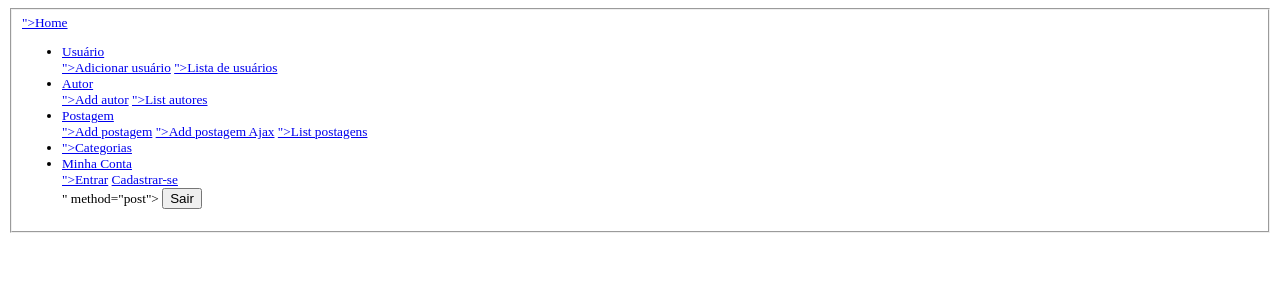
Repository: f4br1c10/Curso-Spring-Devmedia
Page: http://localhost/blog/WEB-INF/views/menu.jsp
An editor plug-in stored every save of this project. The page is shown before and after the next save, followed by the edit.
The browser window is 1280 px wide. The pictures show the whole page.
The page is served by Tomcat 9. Nobody is signed in. Other server files are loaded and not shown. The template is opened directly, without the code that normally fills it, so the values that code supplies are empty.

Above is the page before, as saved 2019-07-09 16:11:49.

### blog/src/main/webapp/WEB-INF/views/menu.jsp
<%@ page language="java" contentType="text/html; charset=UTF-8" pageEncoding="UTF-8"%>
<fieldset style="font-size: 10pt">
	<nav class="navbar navbar-expand-lg navbar-dark bg-dark">
		<a class="navbar-brand" href="<c:url value = "/"/> ">Home</a>
		<div class="collapse navbar-collapse" id="navbarNavDropdown">
			<ul class="navbar-nav">
				<li class="nav-item dropdown">
					<a class="nav-link dropdown-toggle" href="#" id="navbarDropdownMenuLink" role="button" data-toggle="dropdown"aria-haspopup="true" aria-expanded="false">
						Usuário
					</a>
					<div class="dropdown-menu" aria-labelledby="navbarDropdownMenuLink">
						<a class="dropdown-item" href="<c:url value = "/usuario/add"/>">Adicionar usuário</a>
						<security:authorize access="hasAuthority('ADMIN')">
		          			<a class="dropdown-item" href="<c:url value = "/usuario/list"/>">Lista de usuários</a>
		          		</security:authorize>
					</div>
				</li>
				<li class="nav-item dropdown">
					<a class="nav-link dropdown-toggle" href="#" id="navbarDropdownMenuLink" role="button" data-toggle="dropdown"aria-haspopup="true" aria-expanded="false">
						Autor
					</a>
					<div class="dropdown-menu" aria-labelledby="navbarDropdownMenuLink">
						<a class="dropdown-item" href="<c:url value = "/autor/add"/>">Add autor</a>
		          		<a class="dropdown-item" href="<c:url value = "/autor/list"/>">List autores</a>
					</div>
				</li>
				<li class="nav-item dropdown">
					<a class="nav-link dropdown-toggle" href="#" id="navbarDropdownMenuLink" role="button" data-toggle="dropdown"aria-haspopup="true" aria-expanded="false">
						Postagem
					</a>
					<div class="dropdown-menu" aria-labelledby="navbarDropdownMenuLink">
						<a class="dropdown-item" href="<c:url value = "/postagem/add"/>">Add postagem</a>
						<a class="dropdown-item" href="<c:url value = "/postagem/ajax/add"/>">Add postagem Ajax</a>
		          		<a class="dropdown-item" href="<c:url value = "/postagem/list"/>">List postagens</a>
					</div>
				</li>
				<security:authorize access="hasAnyAuthority('ADMIN','AUTOR')">
					<li class="nav-item">
				    	<a class="nav-link" href="<c:url value = "/categoria/add"/>">Categorias</a>
				    </li>
			    </security:authorize>
			    <li class="nav-item dropdown">
					<a class="nav-link dropdown-toggle" href="#" id="navbarDropdownMenuLink" role="button" data-toggle="dropdown"aria-haspopup="true" aria-expanded="false">
						Minha Conta
					</a>
					<div class="dropdown-menu" aria-labelledby="navbarDropdownMenuLink">
			    	<c:if test="${logado == null}">
						<a class="dropdown-item" href="<c:url value = "/auth/form"/>">Entrar</a>
						<a class="dropdown-item" href="#"/>Cadastrar-se</a>
					</c:if>
						<security:authorize access="hasAnyAuthority('ADMIN','AUTOR','LEITOR')">
							<form action="<c:url value="/logout"/>" method="post">
							    <security:csrfInput/>
								<button type="submit" class="btn btn-danger btn-block">Sair</button>
							</form>
						</security:authorize>
					</div>
				</li>
			</ul>
		</div>
	</nav>

</fieldset>

After the next save:
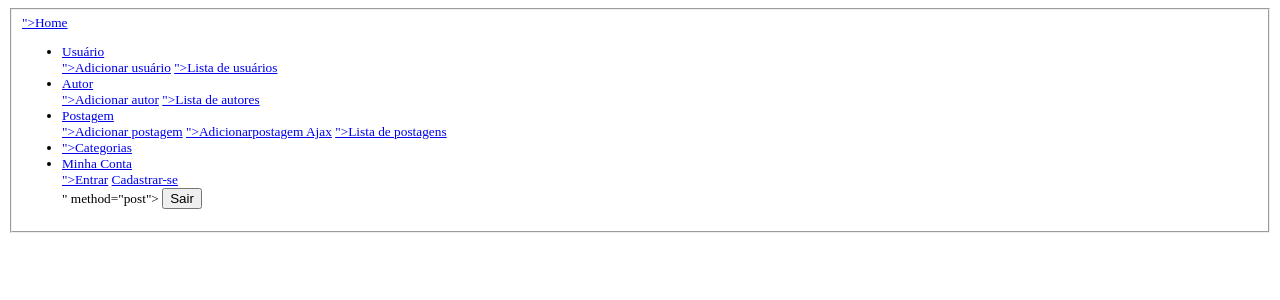
Saved 20 s later.
--- a/blog/src/main/webapp/WEB-INF/views/menu.jsp
+++ b/blog/src/main/webapp/WEB-INF/views/menu.jsp
@@ -20,8 +20,8 @@
 						Autor
 					</a>
 					<div class="dropdown-menu" aria-labelledby="navbarDropdownMenuLink">
-						<a class="dropdown-item" href="<c:url value = "/autor/add"/>">Add autor</a>
-		          		<a class="dropdown-item" href="<c:url value = "/autor/list"/>">List autores</a>
+						<a class="dropdown-item" href="<c:url value = "/autor/add"/>">Adicionar autor</a>
+		          		<a class="dropdown-item" href="<c:url value = "/autor/list"/>">Lista de autores</a>
 					</div>
 				</li>
 				<li class="nav-item dropdown">
@@ -29,9 +29,9 @@
 						Postagem
 					</a>
 					<div class="dropdown-menu" aria-labelledby="navbarDropdownMenuLink">
-						<a class="dropdown-item" href="<c:url value = "/postagem/add"/>">Add postagem</a>
-						<a class="dropdown-item" href="<c:url value = "/postagem/ajax/add"/>">Add postagem Ajax</a>
-		          		<a class="dropdown-item" href="<c:url value = "/postagem/list"/>">List postagens</a>
+						<a class="dropdown-item" href="<c:url value = "/postagem/add"/>">Adicionar postagem</a>
+						<a class="dropdown-item" href="<c:url value = "/postagem/ajax/add"/>">Adicionarpostagem Ajax</a>
+		          		<a class="dropdown-item" href="<c:url value = "/postagem/list"/>">Lista de postagens</a>
 					</div>
 				</li>
 				<security:authorize access="hasAnyAuthority('ADMIN','AUTOR')">
